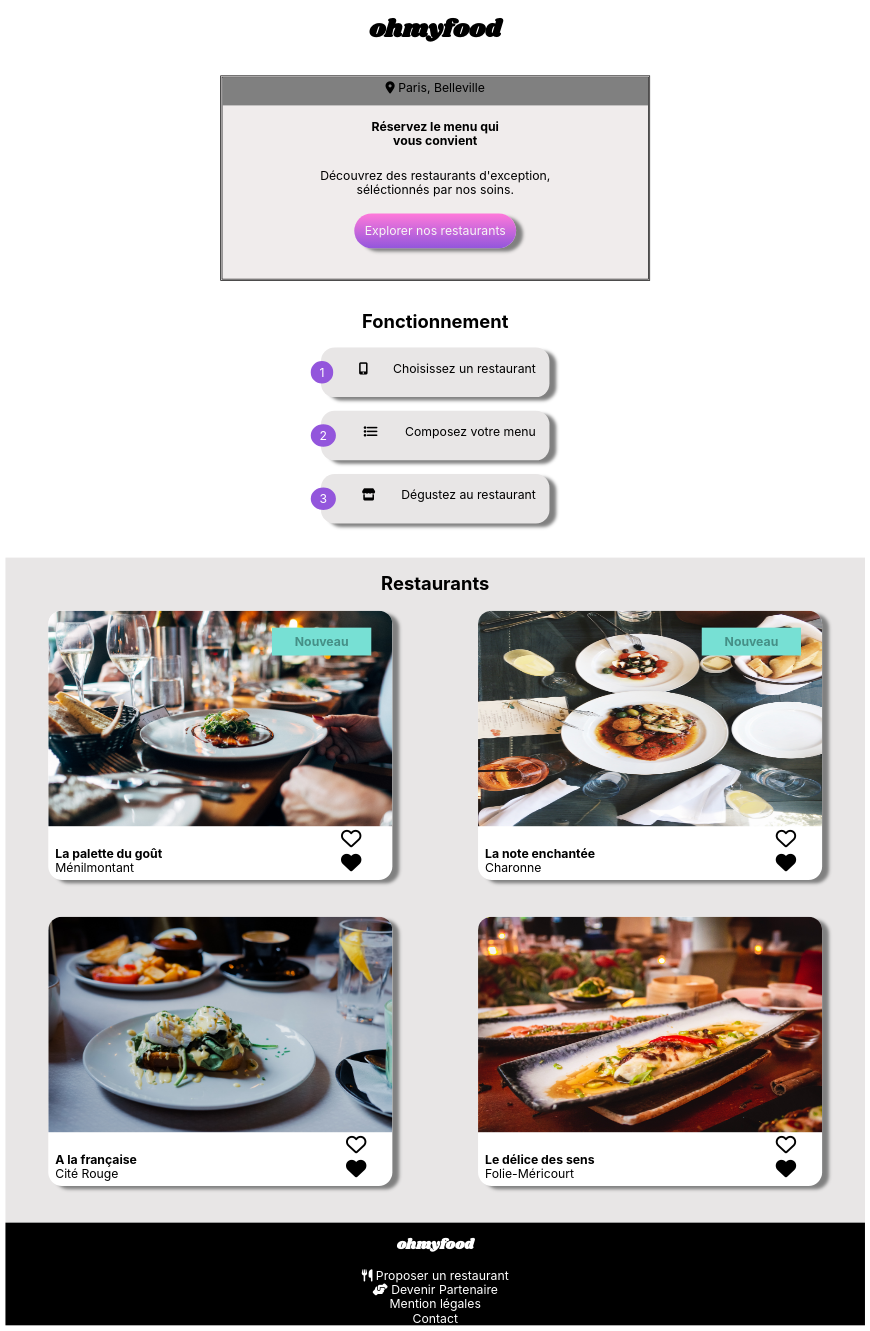
Repository: yacinebouk/ohmyfood
Page: index.html
An editor plug-in stored every save of this project. The page is shown before and after the next save, followed by the edit.
The browser window is 1280 px wide. The pictures show the whole page, at 68% of full size.
Some web libraries are served in a nearby version. The style sheet was rebuilt from its Sass, Less or Tailwind sources for each picture, by a compiler version that may differ from the author's.

Above is the page before, as saved 2022-07-07 14:50:20.

### index.html
<!DOCTYPE html>
<html lang="fr">

<head>
    <script src="https://kit.fontawesome.com/225bbe1e2d.js" crossorigin="anonymous"></script>
    <meta charset="utf-8" />
    <title>ohmyfood</title>
    <link rel="stylesheet" href="css/styles.css" />
    <meta name="viewport" content="width=device-width, initial-scale=1">

</head>

<body>
    <div class="hide">
        <div class="loader"></div>
    </div>
    <main>
        <header>
            <h1 class="Tittle">ohmyfood</h1>
            <div class="search">
                <div class="town"> <span><i class="fa-solid fa-location-dot"></i></span> Paris, Belleville</div>
                <div class="reservation"> <b> Réservez le menu qui <br> vous convient</b> </div>
                <div class="discover">Découvrez des restaurants d'exception, <br> séléctionnés par nos soins.</div>
                <div class="explore">
                    <span class="explore-text">Explorer nos restaurants</span>
                </div>
            </div>
        </header>
        <section class="section-working">
            <div class="working">
                <h2>Fonctionnement</h2>
                <div class="choose">
                    <div class="number">1</div>
                    <div class="logo-work"> <i class="fa-solid fa-mobile-screen-button"></i></div>
                    <div class="text-work"> Choisissez un restaurant</div>
                </div>
                <div class="compose">
                    <div class="number">2</div>
                    <div class="logo-work"><i class="fa-solid fa-ellipsis-vertical"><i class="fa-solid fa-bars"></i></i>
                    </div>
                    <div class="text-work"> Composez votre menu</div>
                </div>
                <div class="taste">
                    <div class="number">3</div>
                    <div class="logo-work"><i class="fa-solid fa-store"></i>
                    </div>
                    <div class="text-work"> Dégustez au restaurant</div>
                </div>
            </div>
        </section>
        <section class="section-restaurant">
            <div class="restaurant">
                <h2>Restaurants</h2>
                <div class="block-restaurant">
                    <div class="border-restaurant">
                        <div class="block-picture">
                            <div class="new"><b>Nouveau</b></div>
                            <div class="picture-restaurant"> <img src="./images/restaurants/jay-wennington-N_Y88TWmGwA-unsplash.jpg" style="height:100%;width: 100%" alt="Ohmyfood"></div>
                        </div>
                        <div class="block-text">
                            <div class="text">
                                <a href="./palette.html">
                                    <div class="title-restaurant"><b> La palette du goût</b>
                                    </div>
                                    <div class="place-restaurant"> Ménilmontant</div>
                                </a>
                            </div>
                            <div class="heart">
                                <span class="heart-regular"><i class="fa-regular fa-heart"></i></span>
                                <span class="heart solid"><i class="fa-solid fa-heart"></i></span>
                            </div>
                        </div>
                    </div>
                    <div class="border-restaurant">
                        <div class="block-picture">
                            <div class="new"><b>Nouveau</b></div>
                            <div class="picture-restaurant"> <img src="./images/restaurants/stil-u2Lp8tXIcjw-unsplash.jpg" style="height:100%;width: 100%" alt="Ohmyfood"></div>
                        </div>
                        <div class="block-text">
                            <div class="text">
                                <a href="./noteenchanté.html">
                                    <div class="title-restaurant"><b> La note enchantée</b>
                                    </div>
                                    <div class="place-restaurant"> Charonne</div>
                                </a>
                            </div>
                            <div class="heart">
                                <span class="heart-regular"><i class="fa-regular fa-heart"></i></span>
                                <span class="herat solid"><i class="fa-solid fa-heart"></i></span>
                            </div>
                        </div>
                    </div>
                    <div class="border-restaurant">
                        <div class="block-picture">
                            <div class="picture-restaurant"> <img src="./images/restaurants/toa-heftiba-DQKerTsQwi0-unsplash.jpg" style="height:100%;width: 100%" alt="Ohmyfood"></div>
                        </div>
                        <div class="block-text">
                            <div class="text">
                                <a href="./francaise.html">
                                    <div class="title-restaurant"><b>A la française</b>
                                    </div>
                                    <div class="place-restaurant"> Cité Rouge</div>
                                </a>
                            </div>
                            <div class="heart">
                                <span class="heart-regular"><i class="fa-regular fa-heart"></i></span>
                                <span class="herat solid"><i class="fa-solid fa-heart"></i></span>
                            </div>
                        </div>
                    </div>
                    <div class="border-restaurant">
                        <div class="block-picture">
                            <div class="picture-restaurant"> <img src="./images/restaurants/louis-hansel-shotsoflouis-qNBGVyOCY8Q-unsplash.jpg" style="height:100%;width: 100%" alt="Ohmyfood"></div>
                        </div>
                        <div class="block-text">
                            <div class="text">
                                <a href="./ledélice.html">
                                    <div class="title-restaurant"><b>Le délice des sens</b></div>
                                    <div class="place-restaurant">Folie-Méricourt</div>
                                </a>
                            </div>
                            <div class="heart">
                                <span class="heart-regular"><i class="fa-regular fa-heart"></i></span>
                                <span class="herat solid"><i class="fa-solid fa-heart"></i></span>
                            </div>
                        </div>
                    </div>
                </div>
            </div>
        </section>
        <footer>
            <div class="frame-end">
                <h3 class="little-tittle">ohmyfood </h3>
                <div class="end">
                    <div class="propose"> <i class="fa-solid fa-utensils"></i> Proposer un restaurant</div>
                    <div class="partner"> <i class="fa-solid fa-handshake-angle"></i> Devenir Partenaire</div>
                    <div class="mention">Mention légales</div>
                    <div class="contact">
                        <a href="mailto:yacineboukhari@hotmail.com">Contact</a></div>
                </div>
            </div>
        </footer>
    </main>
</body>

### style/styles.scss
            main {
                font-size: 18px;
                font-family: -apple-system, BlinkMacSystemFont, 'Segoe UI', Roboto, Oxygen, Ubuntu, Cantarell, 'Open Sans', 'Helvetica Neue', sans-serif;
            }

            @font-face {
                font-family: 'Shrikhand';
                src: url('../language/Shrikhand-Regular.otf');
            }

            h1 {
                font-family: 'Shrikhand';
            }

            h3 {
                font-family: 'Shrikhand';
            }

            h2 {
                text-align: center;
            }

            header {
                text-align: center;
            }

            @mixin shadow {
                box-shadow: grey 10px 5px 5px;
            }

            @mixin block {
                display: flex;
                flex-direction: row;
                justify-content: space-between;
                padding-bottom: 40px;
                @include shadow;
                background-color: rgb(232, 230, 230);
                border-radius: 20px 20px;
                padding: 20px 20px 20px 0px;
                width: 25%;
                margin: auto;
            }

            .logo-img {
                padding-bottom: 20px;
            }

            .search {
                border: double;
                margin-left: 25%;
                margin-right: 25%;
                background-color: rgb(240, 236, 236);
                padding-bottom: 20px;
            }

            .town {
                padding-bottom: 15px;
                border-bottom: lightgray 2px;
                padding-top: 5px;
                background-color: grey;
            }

            .reservation {
                padding-top: 20px;
                padding-bottom: 30px
            }

            .discover {
                padding-bottom: 40px;
            }

            .explore {
                padding-bottom: 40px;
            }

            .explore span {
                @include shadow;
                background: linear-gradient(#FF79DA, #9356DC);
                border-radius: 50px 50px;
                padding: 15px;
                color: #f6f6f6;
            }

            .working {
                padding-top: 20px;
                display: flex;
                justify-content: center;
                flex-direction: column;
            }

            .number {
                border: #9356DC solid;
                border-radius: 50%;
                background-color: #9356DC;
                padding: 3px 10px 3px 10px;
                color: white;
                margin-left: -15px;
            }

            .choose {
                @include block;
                margin-bottom: 20px;
                &:hover {
                    .logo-work {
                        color: #9356DC;
                    }
                    background-color: #d8cee4;
                }
            }

            .compose {
                @include block;
                margin-bottom: 20px;
                &:hover {
                    .logo-work {
                        color: #9356DC;
                    }
                    background-color: #d8cee4;
                }
            }

            .taste {
                @include block;
                margin-bottom: 50px;
                &:hover {
                    .logo-work {
                        color: #9356DC;
                    }
                    background-color: #d8cee4;
                }
            }

            .section-restaurant {
                display: flex;
                flex-direction: column;
                background-color: rgb(232, 230, 230);
            }

            h1 {
                text-align: center;
                padding-bottom: 20px;
            }

            .block-restaurant {
                display: flex;
                flex-wrap: wrap;
                height: 900px;
                width: 100%;
                justify-content: space-around;
            }

            .border-restaurant {
                width: 40%;
                height: 44%;
                overflow: hidden;
                @include shadow;
                background-color: white;
                border-radius: 20px 20px;
            }

            .picture-restaurant {
                height: 80%;
            }

            .text {
                padding-left: 10px;
                display: flex;
                flex-direction: column;
                width: 100%;
            }

            .text a {
                text-decoration: none black;
                color: black;
            }

            .block-text {
                display: flex;
                place-items: flex-end;
                justify-content: space-between;
            }

            .heart {
                font-size: 30px;
                margin-right: 10px;
                position: relative;
            }

            .gradient {
                cursor: pointer;
                &:visited {
                    -webkit-background-clip: text;
                    font-weight: 900;
                    background-image: linear-gradient(#9356DC, #FF79DA);
                    -webkit-text-fill-color: transparent;
                    animation: 3s colorin;
                }
            }

            @keyframes colorin {
                0% {
                    opacity: 0;
                }
                100% {
                    opacity: 1;
                }
            }

            @keyframes colorout {
                0% {
                    opacity: 1;
                }
                100% {
                    opacity: 0;
                }
            }

            @keyframes fadeIn {
                0% {
                    visibility: visible;
                    opacity: 1;
                }
                100% {
                    visibility: hidden;
                    opacity: 0;
                }
            }

            .loader {
                border: 10px solid #f3f3f3;
                border-top: 10px solid red;
                border-bottom: 10px solid blue;
                border-radius: 50%;
                width: 100px;
                height: 100px;
                margin: auto;
                position: absolute;
                top: 0;
                left: 0;
                right: 0;
                bottom: 0;
                -webkit-animation: spin 1.5s linear infinite;
                -o-animation: spin 1.5s linear infinite;
                animation: spin 1.5s linear infinite;
            }

            .hide {
                animation: 2s fadeIn;
                animation-fill-mode: forwards;
            }

            main {
                animation: 2s fadeOut;
            }

            @keyframes fadeOut {
                0% {
                    visibility: hidden;
                    opacity: 0;
                }
                100% {
                    visibility: visible;
                    opacity: 1;
                }
            }

            @keyframes fadeIn {
                0% {
                    visibility: visible;
                    opacity: 1;
                }
                100% {
                    visibility: hidden;
                    opacity: 0;
                }
            }

            @keyframes spin {
                0% {
                    transform: rotate(0deg);
                }
                100% {
                    transform: rotate(360deg);
                }
            }

            .frame-end {
                text-align: center;
                background-color: black;
                color: white;
                display: flex;
                flex-direction: column;
            }

            .little-picture {
                height: 20px;
            }

            .contact a {
                text-decoration: none white;
                color: white;
            }

            .block-picture {
                position: relative;
                height: 80%;
            }

            .picture-restaurant {
                height: 100%;
            }

            .new {
                color: rgb(69, 143, 134);
                background-color: rgb(119, 224, 212);
                width: 25%;
                position: absolute;
                text-align: center;
                margin-left: 65%;
                margin-top: 5%;
                padding: 10px;
            }

            @media screen and (min-width: 320px) and (max-width: 768px) {
                main {
                    font-size: 20px;
                }
                body {
                    margin: 0;
                    width: 100%;
                }
                header {
                    width: 100%;
                }
                .logo-img {
                    padding-bottom: 10px;
                }
                .search {
                    border: none;
                    margin: 0;
                    width: 100%;
                }
                .town {
                    padding-top: 5px;
                    background-color: rgb(216, 214, 214);
                    border-bottom: none;
                    border-top: solid 2px grey;
                }
                .reservation {
                    font-size: 24px;
                    padding-bottom: 20px;
                }
                h1 {
                    text-align: center;
                }
                h2 {
                    text-align: initial;
                }
                h3 {
                    margin-left: 20px;
                }
                .working {
                    margin-left: 20px;
                }
                .choose {
                    margin-left: 0;
                    width: 90%;
                }
                .compose {
                    margin-left: 0;
                    width: 90%;
                }
                .taste {
                    margin-left: 0;
                    width: 90%;
                }
                .restaurant {
                    margin-left: 20px;
                }
                .block-restaurant {
                    height: auto;
                    justify-content: unset;
                }
                .border-restaurant {
                    width: 95%;
                    height: 40%;
                    margin-bottom: 20px;
                }
                .picture-restaurant {
                    height: 200px;
                    width: 100%;
                }
                .block-text {
                    padding: 10px;
                }
                .frame-end {
                    text-align: initial;
                }
                .end {
                    display: flex;
                    justify-content: space-around;
                    flex-direction: column;
                    margin-left: 20px;
                }
                .contact {
                    padding-bottom: 20px;
                }
            }

            @media screen and (min-width: 769px) and (max-width: 991px) {
                .choose {
                    width: 32%;
                    margin-left: 34%;
                }
                .compose {
                    width: 32%;
                    margin-left: 34%;
                }
                .taste {
                    width: 32%;
                    margin-left: 34%;
                }
            }

After the next save:
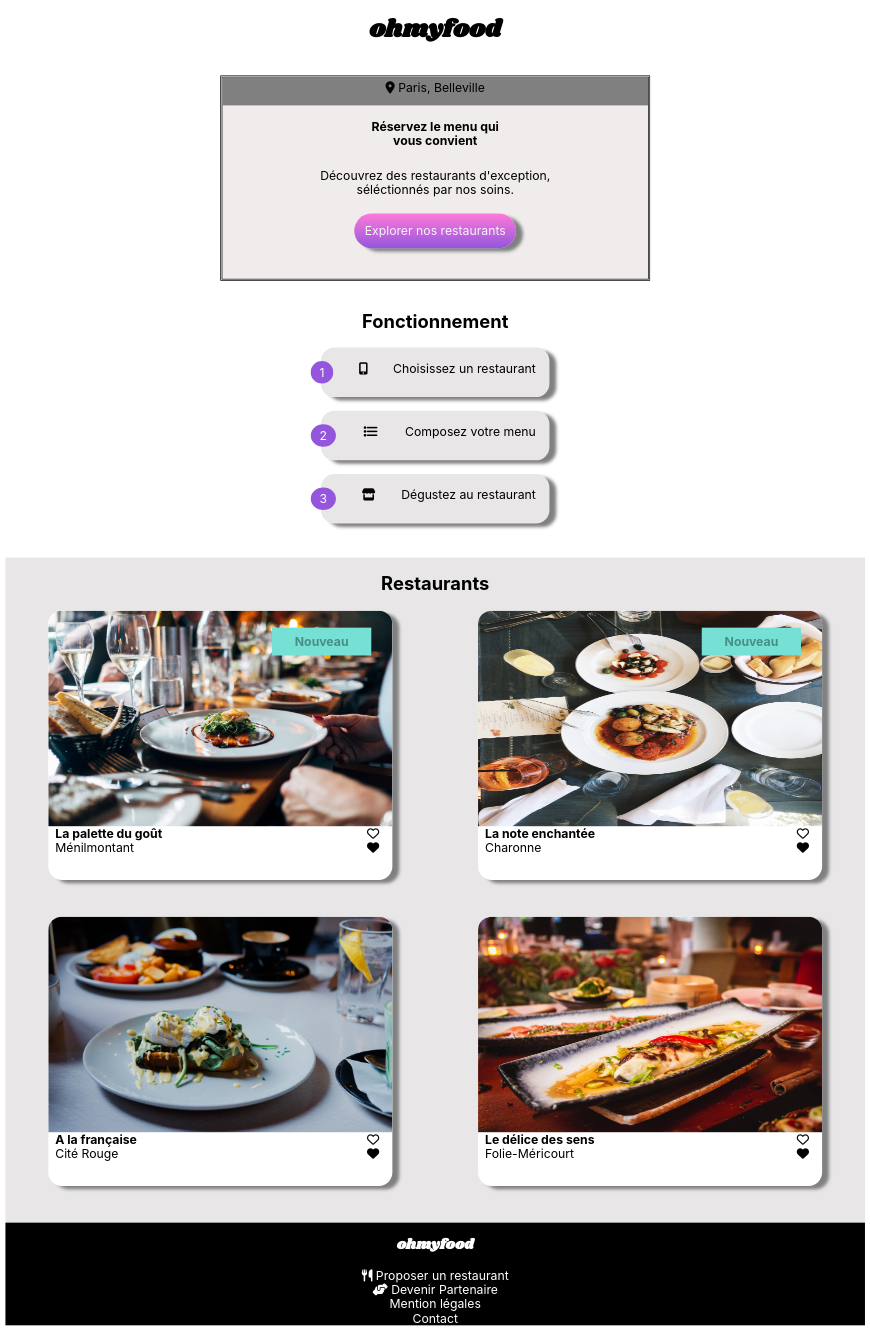
Saved 80 s later.
--- a/style/styles.scss
+++ b/style/styles.scss
@@ -180,21 +180,22 @@
                 justify-content: space-between;
             }
 
-            .heart {
-                font-size: 30px;
-                margin-right: 10px;
+            heart {
+                cursor: pointer;
+            }
+
+            .heart-regular {
+                z-index: 1;
                 position: relative;
             }
 
-            .gradient {
-                cursor: pointer;
-                &:visited {
-                    -webkit-background-clip: text;
-                    font-weight: 900;
-                    background-image: linear-gradient(#9356DC, #FF79DA);
-                    -webkit-text-fill-color: transparent;
-                    animation: 3s colorin;
-                }
+            .heart-solid {
+                visibility: hidden;
+                z-index: 1;
+                position: relative;
+                font-weight: 900;
+                background-image: linear-gradient(#9356DC, #FF79DA);
+                -webkit-text-fill-color: transparent;
             }
 
             @keyframes colorin {
